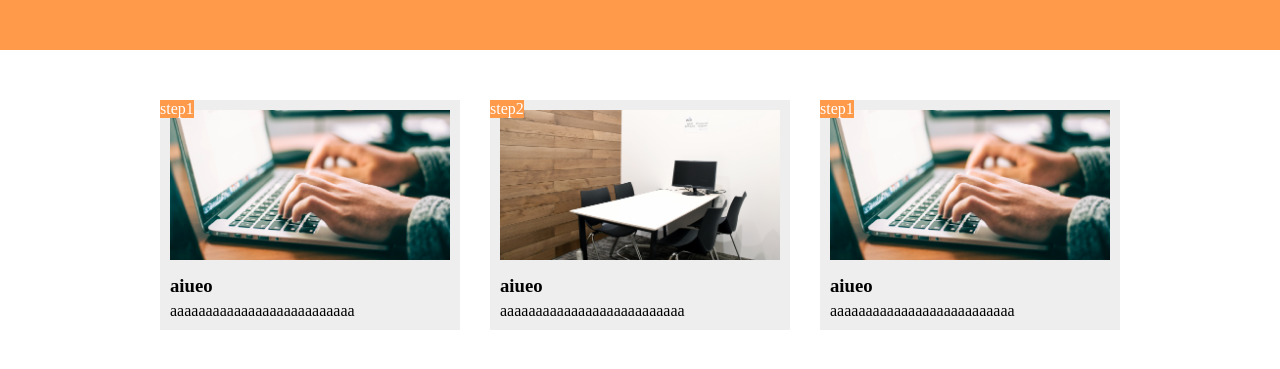
Repository: shimizuayuka/wcp_PHP
Page: chapter9/index.html
The author's editor kept a record of every edit. The page is drawn from the files as they stood at one moment, then again after the next edit.
The browser window is 1280 px wide. The pictures show the whole page.

Above is the page before.

### chapter9/index.html
<!DOCTYPE html>
<html lang="ja">
  <head>
    <meta　charset="UTF-8">
    <title>9章演習</title>
    <link rel="stylesheet" href="style.css">
  </head>
  <body>
    <header></header>
    <main>
      <div class="step-box">
        <div class="step-img1"></div>
        <sapn class="step-num">step1</sapn>
        <h3 class="title">aiueo</h3>
        <p class="text">
          aaaaaaaaaaaaaaaaaaaaaaaaaa
        </p>
      </div>
      <div class="step-box">
        <div class="step-img2"></div>
        <sapn class="step-num">step2</sapn>
        <h3 class="title">aiueo</h3>
        <p class="text">
          aaaaaaaaaaaaaaaaaaaaaaaaaa
        </p>
      </div>
      <div class="step-box">
        <div class="step-img1"></div>
        <sapn class="step-num">step1</sapn>
        <h3 class="title">aiueo</h3>
        <p class="text">
          aaaaaaaaaaaaaaaaaaaaaaaaaa
        </p>
      </div>
    </main>
  </body>
</html>

### chapter9/style.css
* {
  margin: 0;
  padding: 0;
  box-sizing: border-box;
}

header {
  /*width: 100%;*/
  height: 50px;
  background-color: #ff9a4b;
}

main {
  width: 960px;
  margin: 50px auto;
  display: flex;
}

.step-box {
  width: 300px;
  margin-right: 30px;
  padding: 10px;
  position: relative;
  background-color: #eee;
}

.step-box:last-child {
  margin-right:0;
}

.step-img1 {
  height: 150px;
  background-image: url(img/flow01.png);
  background-position: bottom;
  background-size: cover;
}

.step-img2 {
  height: 150px;
  background-image: url(img/flow02.png);
  background-position: bottom;
  background-size: cover;
}

.step-img3 {
  height: 150px;
  background-image: url(img/flow03.png);
  background-position: bottom;
  background-size: cover;
}

.step-num {
  position: absolute;
  top: 0;
  left: 0;
  background-color: #ff9a4b;
  color: #fff;
}

.title {
  margin: 15px 0 5px;
}

footer {
  height: 50px;
  background-color: #aaa;
}

 @media screen and (max-width: 768px) {
   header {
    width: 100%;
  }

  main {
    width: 100%;
    display: block;
  }

  .step-box {
    width: 90%;
    margin: 20px auto;
  }

  .step-box:last-child {
    margin-right: auto;
  }

  footer {
    width: 100%;
  }
}

After the next edit:
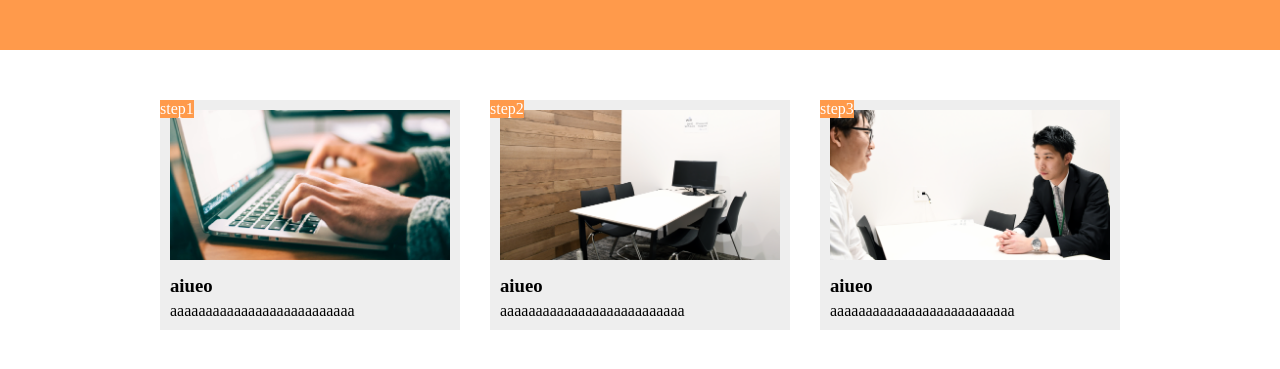
The edit:
--- a/chapter9/index.html
+++ b/chapter9/index.html
@@ -25,8 +25,8 @@
         </p>
       </div>
       <div class="step-box">
-        <div class="step-img1"></div>
-        <sapn class="step-num">step1</sapn>
+        <div class="step-img3"></div>
+        <sapn class="step-num">step3</sapn>
         <h3 class="title">aiueo</h3>
         <p class="text">
           aaaaaaaaaaaaaaaaaaaaaaaaaa
